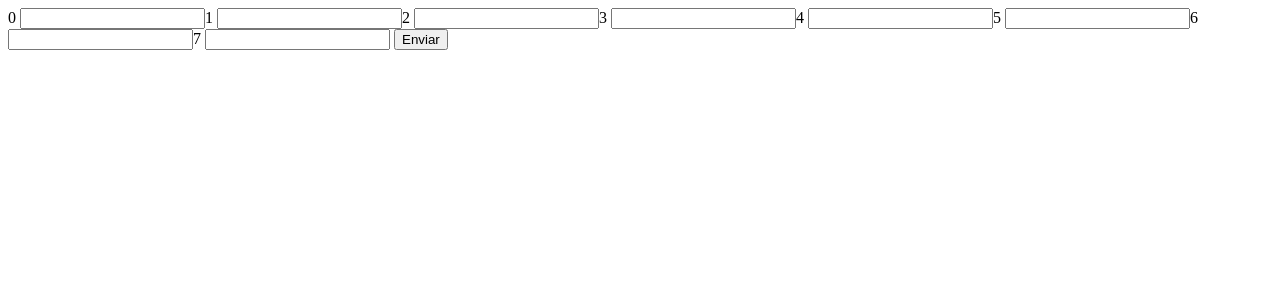
Repository: Myugen/EjercicioPHP
Page: http://localhost/ejercicio1.php
The author's editor kept a copy of each file at every save. The page is drawn from the files as they stood at one save, then again after the next save.
The browser window is 1280 px wide. The pictures show the whole page.
The page is run by PHP 8.4 with error messages shown; the project is at /var/www/html/.

Above is the page before, as saved 2015-10-15 09:21:09.

### Actividades4-1/ejercicio1.php
<!doctype html>
<html lang="en">
<head>
	<meta charset="UTF-8" />
	<title>Actividad 4.1 - Ejercicio 1</title>
</head>
<body>
	<?php
	if(isset($_POST["vector"])) {
		$vectorInicial = $_POST["vector"];
		$tamanioVector = count($array_or_countable);
		echo "El vector tiene $tamanioVector elementos <br>";
		$resultado = 0;
		for($i = 0; $i < 8; $i++) {
			echo "$i = $vector[$i]<br>";
			if(is_int($vector[$i]))
				$resultado += $vector[$i];
		}
		echo "El resultado de la suma es: $resultado";
	}
	?>
	<form action="ejercicio1.txt" method="post">
		<?php
		for($i = 0; $i < 8; $i++)
			echo "$i <input type='text' name='vector[]'/>";
		?>
		<input type="submit" value="Enviar" />
	</form>
</body>
</html>

After the next save:
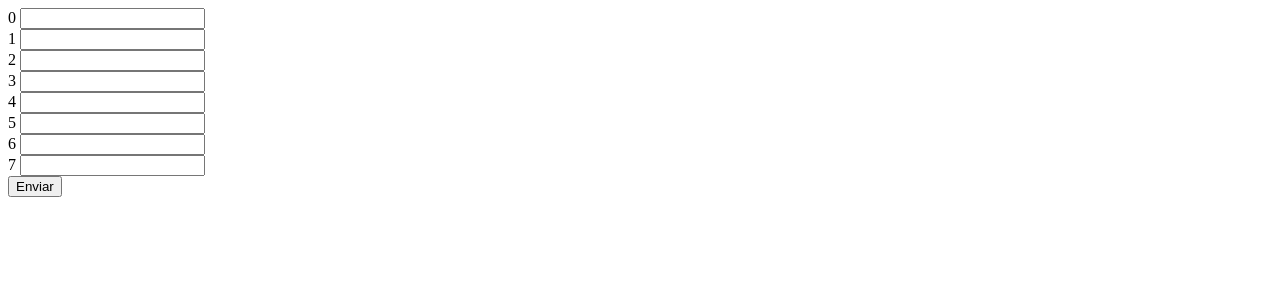
Saved 28 s later.
--- a/Actividades4-1/ejercicio1.php
+++ b/Actividades4-1/ejercicio1.php
@@ -22,7 +22,7 @@
 	<form action="ejercicio1.txt" method="post">
 		<?php
 		for($i = 0; $i < 8; $i++)
-			echo "$i <input type='text' name='vector[]'/>";
+			echo "$i <input type='text' name='vector[]'/><br>";
 		?>
 		<input type="submit" value="Enviar" />
 	</form>
